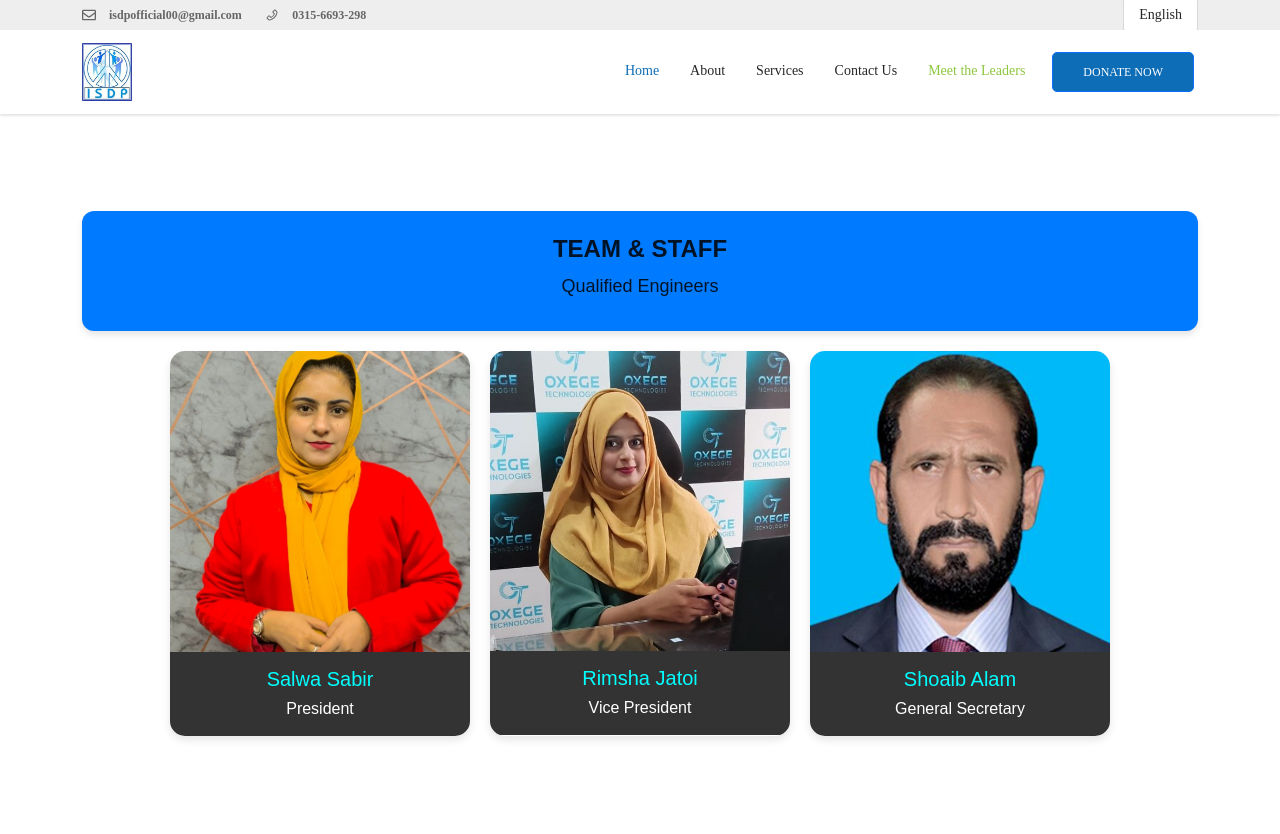
Repository: mfaizanakram8/isdp
Page: team.html
An editor plug-in stored every save of this project. The page is shown before and after a run of saves, followed by the edit.
The browser window is 1280 px wide. The pictures show the part of the page from y = 0 to 834 px (the page is 1410 px tall).
Pictures or frames that could not be fetched are drawn as grey boxes. Some web fonts or font styles are not loaded; a fallback is used.

Above is the page before, as saved 2025-02-23 00:30:13.

After the next 2 saves:
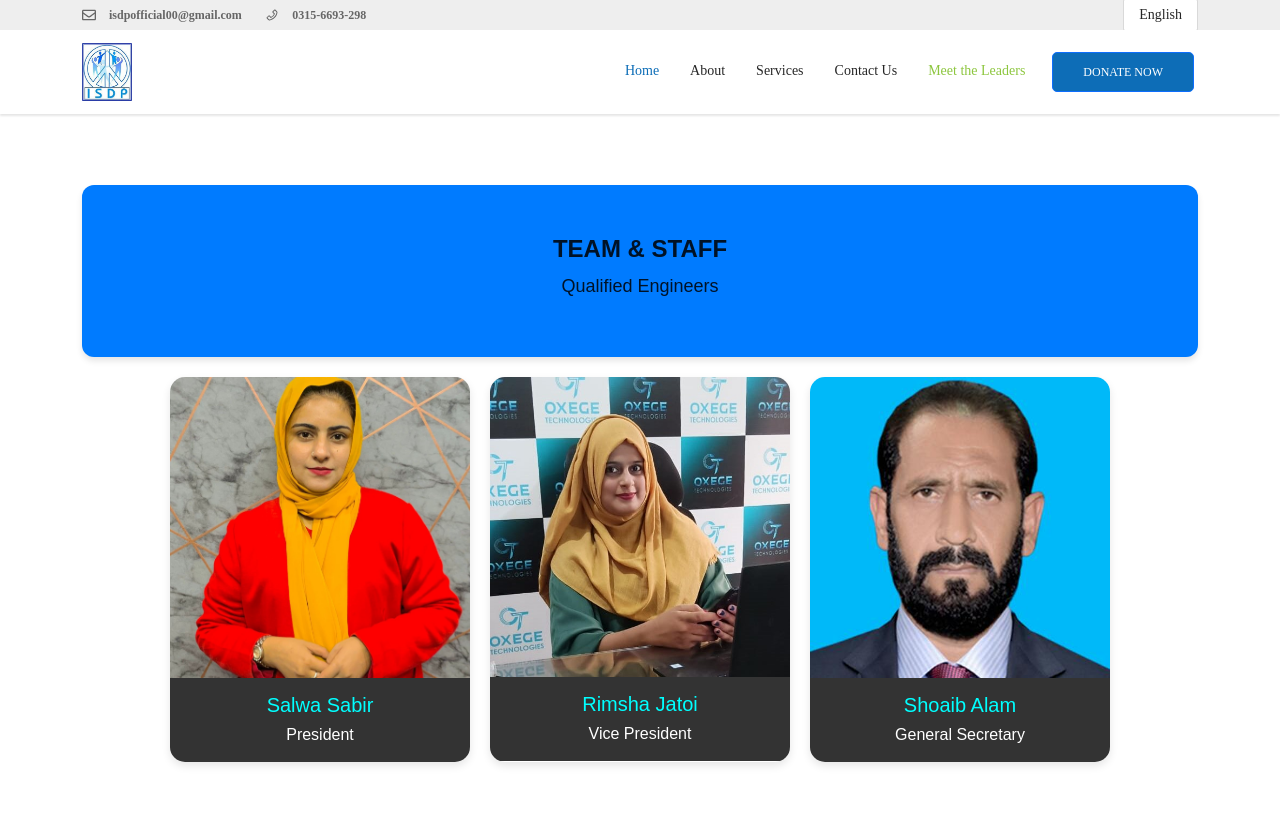
The 2 saves are shown as one change because they came seconds apart.
The last was saved 17 s later.
--- a/team.html
+++ b/team.html
@@ -489,7 +489,7 @@
 
     <div class="container">
 
-      <div style="background-color: #007bff; color: white; border-radius: 12px; padding: 24px; box-shadow: 0px 4px 6px rgba(0, 0, 0, 0.1); text-align: center;">
+      <div style="background-color: #007bff; color: white; border-radius: 12px; padding: 50px; box-shadow: 0px 4px 6px rgba(0, 0, 0, 0.1); text-align: center;">
         <h1 style="font-size: 24px; font-weight: bold;">TEAM & STAFF</h1>
         <h2 style="font-size: 18px;">Qualified Engineers</h2>
     </div>
